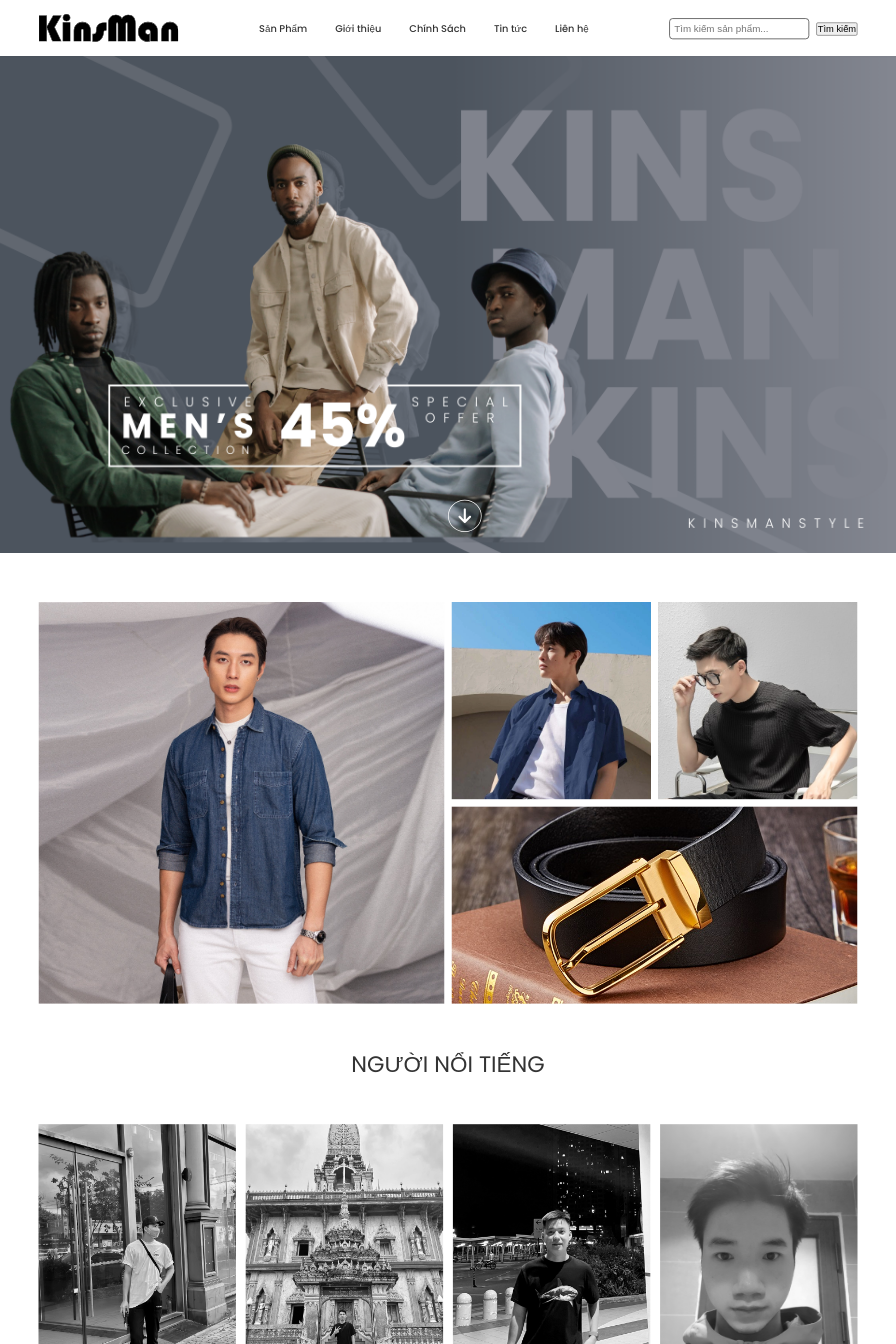
Repository: hoang28092000/kinsmanClothes
Page: index.html
An editor plug-in stored every save of this project. The page is shown before and after a run of saves, followed by the edit.
The browser window is 1280 px wide. The pictures show the part of the page from y = 0 to 1920 px (the page is 3595 px tall), at 70% of full size.

Above is the page before, as saved 2025-05-12 20:32:44.

After the next 2 saves:
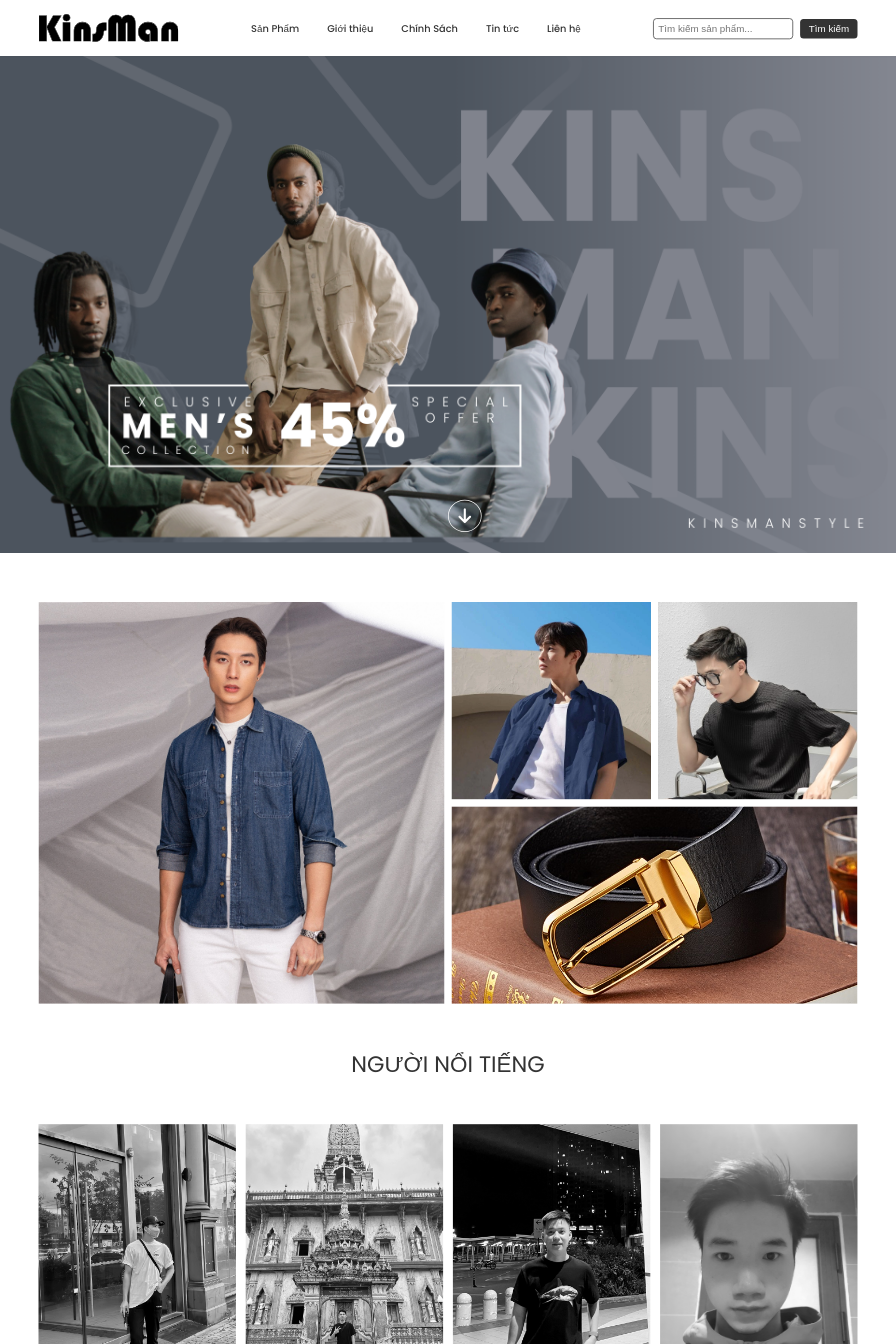
The 2 saves are shown as one change because they came seconds apart.
The last was saved 21 s later.
--- a/index.html
+++ b/index.html
@@ -44,7 +44,7 @@
           </nav>
           <form class="search-box">
             <input type="text" id="search-input" placeholder="Tìm kiếm sản phẩm..." />
-            <button type="button" id="search-button">Tìm kiếm</button>
+            <button type="submit" id="search-button">Tìm kiếm</button>
           </form>
         </div>
       </div>
